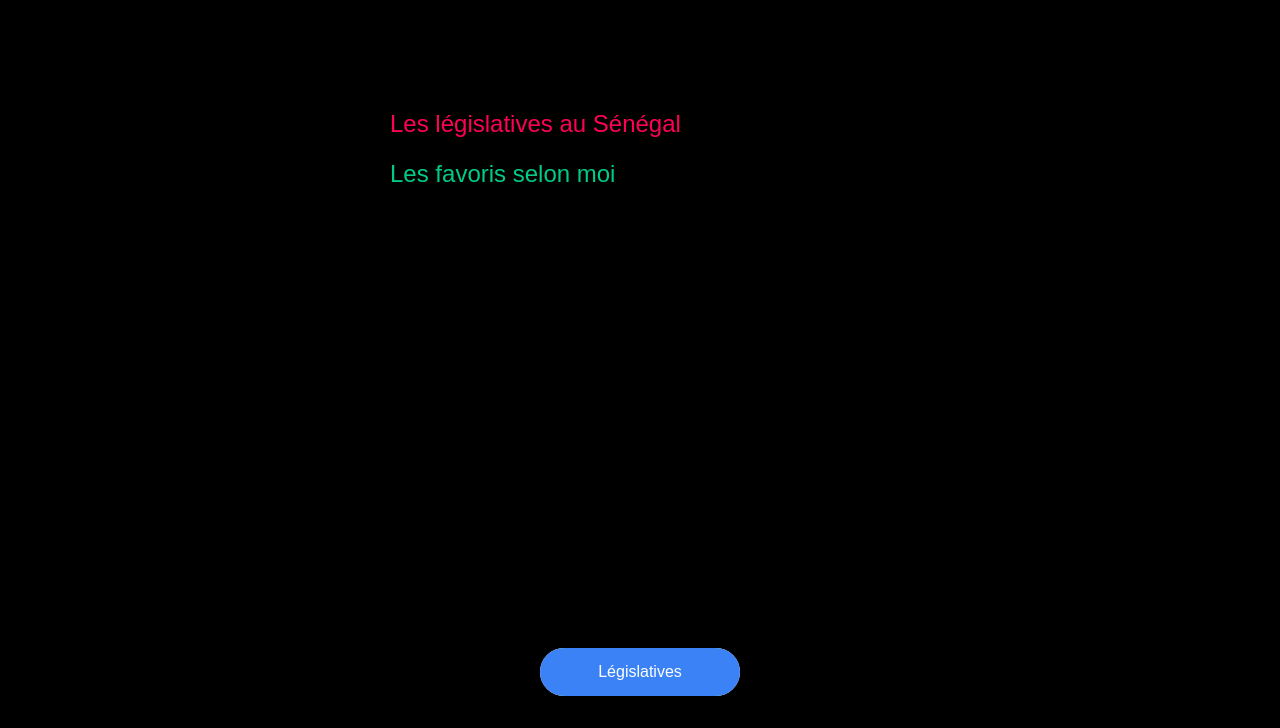
Repository: MDiouf9/legislatives
Page: /
An editor plug-in stored every save of this project. The page is shown before and after a run of saves, followed by the edit.
The browser window is 1280 px wide. The pictures show the whole page.
The project was rebuilt for these pictures with package versions that can differ from the ones it lists, and the page was loaded fresh each time. The framework's server and built-in components were replaced by stand-ins that run in the browser. Also part of the build but not shown: next.config.ts.

Above is the page before, as saved 2024-10-31 23:33:47.

### src/app/layout.tsx
import type { Metadata } from "next";
import localFont from "next/font/local";
import "./globals.css";


const geistSans = localFont({
  src: "./fonts/GeistVF.woff",
  variable: "--font-geist-sans",
  weight: "100 900",
});
const geistMono = localFont({
  src: "./fonts/GeistMonoVF.woff",
  variable: "--font-geist-mono",
  weight: "100 900",
});

export const metadata: Metadata = {
  title: "Legislatives 2024",
  description: " Pour mettre en avant les legislatives ",
};

export default function RootLayout({
  children,
}: Readonly<{
  children: React.ReactNode;
}>) {
  return (
    <html lang="en">
      <body
        className={`${geistSans.variable} ${geistMono.variable} antialiased`}
      >
        {children}
      </body>
    </html>
  );
}

### src/app/page.tsx
"use client"

import { div } from "framer-motion/client"
import { Boutton } from "./Composants/Boutton"
import Text from "./Composants/Text";


export default function Page() {
  return (


<div className="flex justify-center items-center min-h-screen">
  <div className="max-w-md w-full px-4 py-8">
    <div className="flex flex-col justify-center items-center space-y-4">
      <Text />
      <Boutton />
    </div>
  </div>
</div>

   )
}

### src/app/globals.css
@tailwind base;
@tailwind components;
@tailwind utilities;

/* :root {
  --background: #ffffff;
  --foreground: #171717;
}

@media (prefers-color-scheme: dark) {
  :root {
    --background: #0a0a0a;
    --foreground: #ededed;
  }
} */

body {
  /* color: var(--foreground);*/
  background: black;
  font-family: Arial, Helvetica, sans-serif;
}

### src/app/Composants/Boutton.tsx
import React, { useState } from 'react';
import { AnimatePresence, motion } from 'framer-motion';
import { X } from 'lucide-react';

interface Logo {
  id: number;
  src: string;
  photo: string;
  shadowColor: string; // Ajout de la couleur d'ombre personnalisée
}

const logos: Logo[] = [
  {
    id: 1,
    src: '/pastef.jpg',
    photo: '/soko.jpg',
    shadowColor: 'rgba(59, 130, 246, 0.5)' // Bleu
  },
  {
    id: 2,
    src: '/jame.jpg',
    photo: '/amaba.jpg',
    shadowColor: 'rgba(16, 185, 129, 0.5)' // Vert
  },
  {
    id: 3,
    src: '/samekadu.jpg',
    photo: '/bandit.jpg',
    shadowColor: 'rgba(236, 72, 153, 0.5)' // Rose
  }
];

export const Boutton = () => {
  const [isRevealed, setIsRevealed] = useState(false);
  const [selectedLogo, setSelectedLogo] = useState<Logo | null>(null);

  const containerVariants = {
    initial: { width: '200px', borderRadius: '9999px' },
    revealed: { width: '100%', borderRadius: '16px', transition: { duration: 0.5, ease: 'easeInOut' } }
  };

  const logoVariants = {
    initial: { opacity: 0, x: -20 },
    revealed: { opacity: 1, x: 0, transition: { duration: 0.3 } }
  };

  const imageVariants = {
    initial: {
      opacity: 0,
      scale: 0.9,
      boxShadow: '0 0 0 rgba(0,0,0,0)'
    },
    revealed: {
      opacity: 1,
      scale: 1,
      boxShadow: '0 8px 32px', // L'ombre sera définie dynamiquement
      transition: {
        duration: 0.3,
        boxShadow: { duration: 0.4 }
      }
    },
    exit: {
      opacity: 0,
      scale: 0.9,
      boxShadow: '0 0 0 rgba(0,0,0,0)',
      transition: { duration: 0.2 }
    }
  };

  const toggleRevealed = () => {
    setIsRevealed(!isRevealed);
    setSelectedLogo(null);
  };

  const handleLogoClick = (logo: Logo) => {
    if (selectedLogo?.id === logo.id) {
      setSelectedLogo(null);
    } else {
      setSelectedLogo(logo);
    }
  };

  return (
    <div className="relative flex flex-col gap-4">
      <AnimatePresence mode="wait">
        {selectedLogo && (
          <motion.div
            key={selectedLogo.id}
            initial="initial"
            animate="revealed"
            exit="exit"
            variants={imageVariants}
            style={{
              boxShadow: `0 8px 32px ${selectedLogo.shadowColor}`
            }}
            className="w-full rounded-lg overflow-hidden"
          >
            <motion.img
              src={selectedLogo.photo}
              alt="Selected logo"
              className="w-full h-48 object-cover"
              layoutId={`photo-${selectedLogo.id}`}
            />
          </motion.div>
        )}
      </AnimatePresence>

      <motion.div
        className='bg-white shadow-lg rounded-full overflow-hidden'
        initial="initial"
        animate={isRevealed ? 'revealed' : 'initial'}
        variants={containerVariants}
      >
        {!isRevealed ? (
          <motion.button
            onClick={toggleRevealed}
            className="px-6 py-3 bg-blue-500 text-white w-full flex items-center justify-center"
            whileHover={{ scale: 1.05 }}
            whileTap={{ scale: 0.95 }}
          >
            Législatives
          </motion.button>
        ) : (
          <motion.div
            className='flex items-center space-x-4 p-4'
            initial="initial"
            animate="revealed"
            variants={logoVariants}
          >
            {logos.map((logo) => (
              <motion.div
                key={logo.id}
                onClick={() => handleLogoClick(logo)}
                className={`relative cursor-pointer transition-transform duration-200 ${
                  selectedLogo?.id === logo.id ? 'scale-110' : ''
                }`}
                whileHover={{ scale: 1.05 }}
                whileTap={{ scale: 0.95 }}
              >
                <motion.div
                  className="rounded-full"
                  style={{
                    boxShadow: selectedLogo?.id === logo.id
                      ? `0 0 12px ${logo.shadowColor}`
                      : 'none'
                  }}
                >
                  <img
                    src={logo.src}
                    alt="logo parties"
                    className='w-10 h-10 rounded-full object-cover'
                  />
                </motion.div>
              </motion.div>
            ))}
            <motion.button
              onClick={toggleRevealed}
              className="ml-auto bg-red-500 text-white p-2 rounded-full"
              whileHover={{ scale: 1.1 }}
              whileTap={{ scale: 0.95 }}
            >
              <X />
            </motion.button>
          </motion.div>
        )}
      </motion.div>
    </div>
  );
};

### src/app/Composants/Text.tsx
import React from "react";
import { motion, Variants } from "framer-motion";

// Définition des propriétés du composant AnimatedText
interface AnimatedTextProps {
  text: string;
  x: number;
  y: number;
  fontSize?: number;
  fill?: string;
  delay: number;
}

// Variants pour l'animation du texte
const drawText: Variants = {
  hidden: { opacity: 0 },
  visible: (custom: number) => ({
    opacity: 1,
    transition: {
      opacity: { delay: custom, duration: 0.5 },
    },
  }),
};

// Composant AnimatedText avec les props typées
const AnimatedText: React.FC<AnimatedTextProps> = ({ text, x, y, fontSize = 24, fill = "#000", delay }) => (
  <motion.text
    x={x}
    y={y}
    fontSize={fontSize}
    fill={fill}
    variants={drawText}
    custom={delay}
    initial="hidden"
    animate="visible"
  >
    {text}
  </motion.text>
);

// Composant principal Text
const Text: React.FC = () => {
  return (
    <motion.svg
      width="600"
      height="600"
      viewBox="0 0 600 600"
      initial="hidden"
      animate="visible"
    >
      {/* Texte animé : "Les législatives au Sénégal" */}
      <AnimatedText
        text="Les législatives au Sénégal"
        x={50}
        y={100}
        fontSize={24}
        fill="#ff0055"
        delay={1}
      />

      {/* Texte animé : "Les favoris selon moi" */}
      <AnimatedText
        text="Les favoris selon moi"
        x={50}
        y={150}
        fontSize={24}
        fill="#00cc88"
        delay={1.5}
      />
    </motion.svg>
  );
};

export default Text;

Loaded but not shown: tailwind.config.ts (common file)

After the next 3 saves:
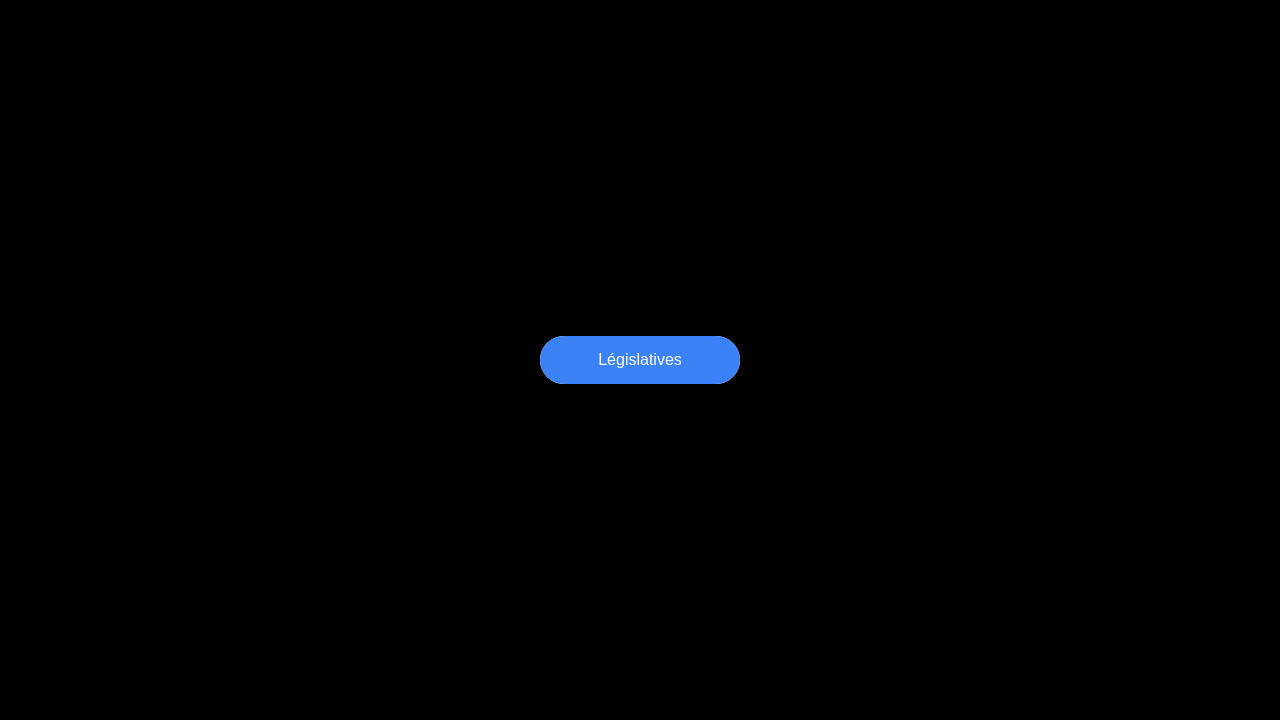
The 3 saves are shown as one change because they came seconds apart.
The last was saved 20 s later.
--- a/src/app/page.tsx
+++ b/src/app/page.tsx
@@ -1,22 +1,23 @@
 "use client"
 
-import { div } from "framer-motion/client"
 import { Boutton } from "./Composants/Boutton"
-import Text from "./Composants/Text";
-
 
 export default function Page() {
   return (
 
 
-<div className="flex justify-center items-center min-h-screen">
-  <div className="max-w-md w-full px-4 py-8">
-    <div className="flex flex-col justify-center items-center space-y-4">
-      <Text />
-      <Boutton />
-    </div>
+  <div className="flex justify-center items-center min-h-screen">
+   <div className="max-w-md ">
+   {/* <button
+  type="button"
+  className="text-white bg-gradient-to-r from-green-600 via-yellow-500 to-red-600 hover:bg-gradient-to-br focus:ring-4 focus:outline-none focus:ring-yellow-300 dark:focus:ring-yellow-800 shadow-lg shadow-yellow-500/50 dark:shadow-lg dark:shadow-yellow-800/80 font-medium rounded-lg text-sm px-5 py-2.5 text-center me-2 mb-2"
+>
+  Legislatives
+
+</button> */}
+<Boutton/>
+   </div>
+
   </div>
-</div>
-
    )
 }
